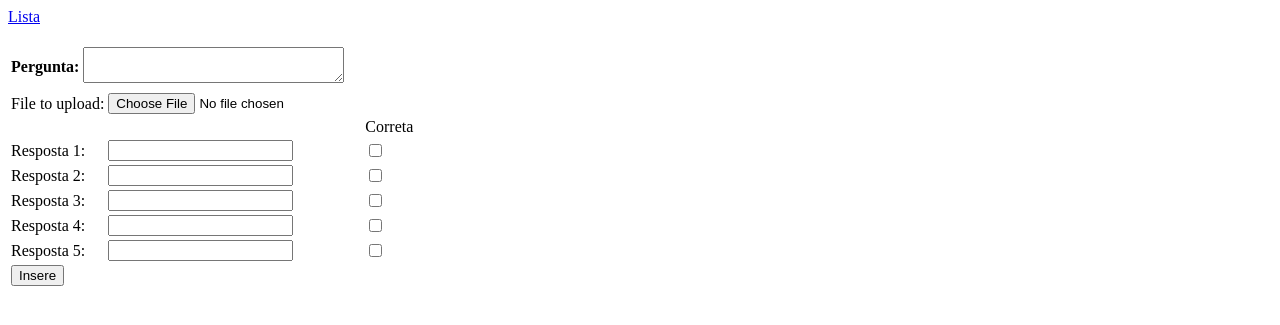
Repository: yagotome/ClickTrauma
Page: http://localhost/ClickTrauma/WEB-INF/views/pergunta/cadastro.jsp
An editor plug-in stored every save of this project. The page is shown before and after the next save, followed by the edit.
The browser window is 1280 px wide. The pictures show the whole page.
The page is served by Tomcat 9. Nobody is signed in. The template is opened directly, without the code that normally fills it, so the values that code supplies are empty.

Above is the page before, as saved 2016-05-07 18:37:29.

After the next save:
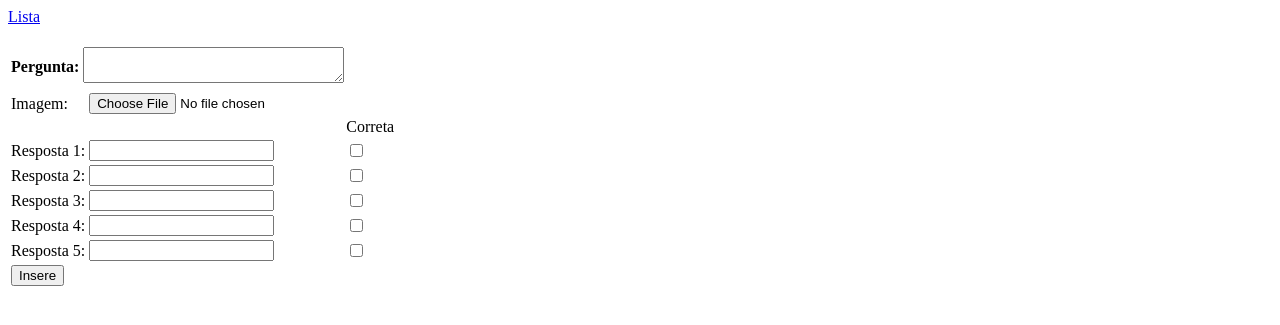
Saved 17 s later.
--- a/WebService/ClickTrauma/WebContent/WEB-INF/views/pergunta/cadastro.jsp
+++ b/WebService/ClickTrauma/WebContent/WEB-INF/views/pergunta/cadastro.jsp
@@ -24,8 +24,8 @@
 		</table>
 		<table>
 			<tr>
-				<td><label for="file">File to upload:</label></td>
-				<td><input type="file" id="file" name="file"></td>
+				<td><label for="arq">Imagem:</label></td>
+				<td><input type="file" id="arq" name="file"></td>
 			</tr>
 			<tr>
 				<td></td>
